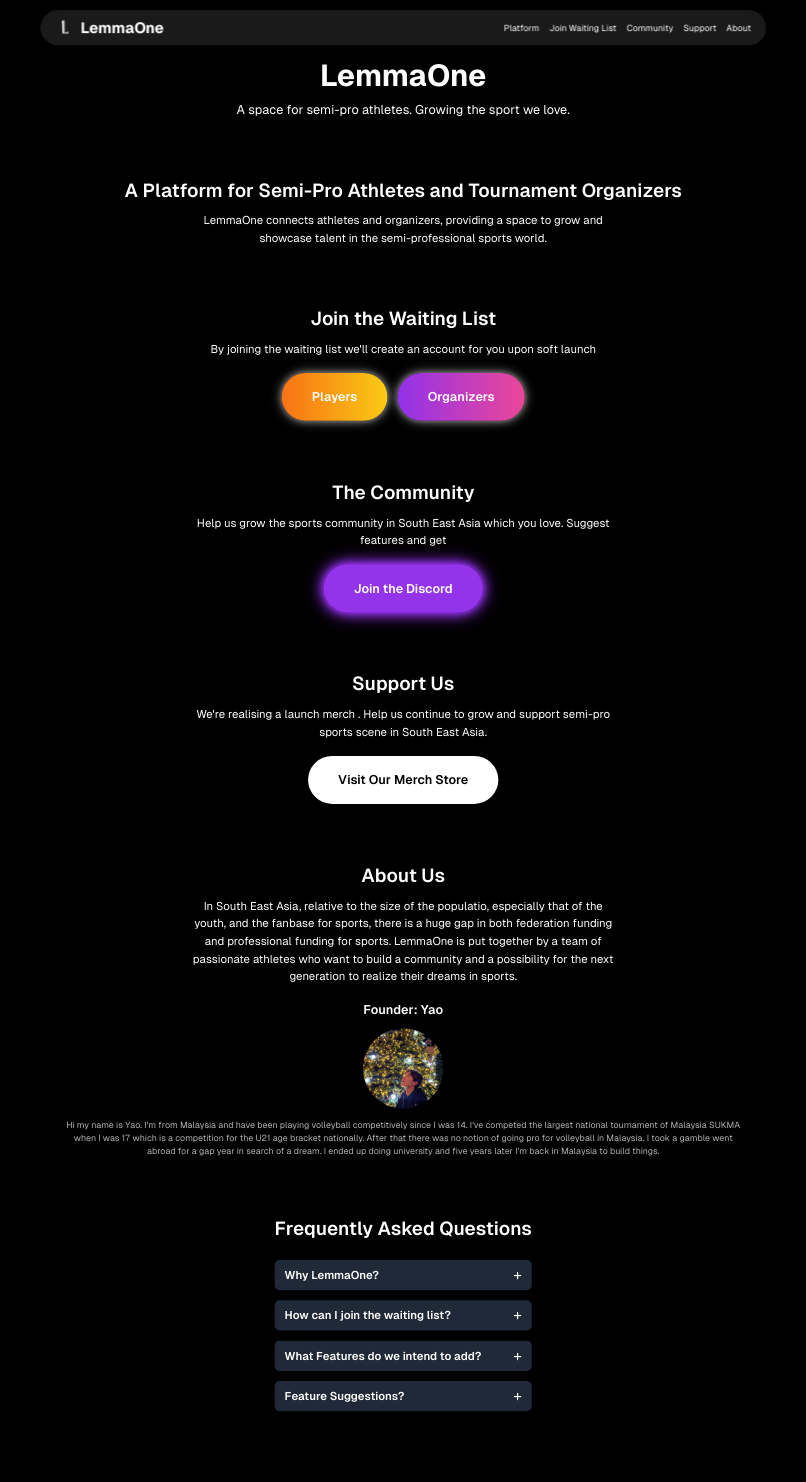
Repository: yao-creative/lemma-one-launch
Page: /
The author's editor kept a copy of each file at every save. The page is drawn from the files as they stood at one save, then again after a run of saves.
The browser window is 1280 px wide. The pictures show the whole page, at 63% of full size.
The project was rebuilt for these pictures with package versions that can differ from the ones it lists, and the page was loaded fresh each time. The framework's server and built-in components were replaced by stand-ins that run in the browser. Also part of the build but not shown: next.config.js, next.config.mjs.

Above is the page before, as saved 2024-09-26 04:20:04.

### app/layout.tsx
import type { Metadata } from "next";
import localFont from "next/font/local";
import "./globals.css";

const geistSans = localFont({
  src: "./fonts/GeistVF.woff",
  variable: "--font-geist-sans",
  weight: "100 900",
});

const geistMono = localFont({
  src: "./fonts/GeistMonoVF.woff",
  variable: "--font-geist-mono",
  weight: "100 900",
});

const nikeFont = localFont({
  src: "./fonts/Futura-Condensed-Extra-Bold.otf",
  variable: "--font-nike",
});

export const metadata: Metadata = {
  title: "LemmaOne",
  description: "A space for semi-pro athletes. Growing the sport we love.",
};

export default function RootLayout({
  children,
}: Readonly<{
  children: React.ReactNode;
}>) {
  return (
    <html lang="en">
      <body
        className={`${geistSans.variable} ${geistMono.variable} ${nikeFont.variable} antialiased`}
      >
        {children}
      </body>
    </html>
  );
}

### app/page.tsx
'use client';

import { useRef, useState } from 'react';
import Image from 'next/image';

export default function Home() {
  const [menuOpen, setMenuOpen] = useState(false);
  const platformRef = useRef<HTMLElement>(null);
  const waitingListRef = useRef<HTMLElement>(null);
  const communityRef = useRef<HTMLElement>(null);
  const supportRef = useRef<HTMLElement>(null);
  const aboutRef = useRef<HTMLElement>(null);
  const faqRef = useRef<HTMLElement>(null);

  const scrollToSection = (ref: React.RefObject<HTMLElement>) => {
    ref.current?.scrollIntoView({ behavior: 'smooth' });
    setMenuOpen(false);
  };

  const [openFAQ, setOpenFAQ] = useState<number | null>(null);

  const toggleFAQ = (index: number) => {
    setOpenFAQ(openFAQ === index ? null : index);
  };

  const faqs = [
    {
      question: "Why LemmaOne?",
      answer: "A Lemma is a term in mathematics for an intermediate result or tool to prove a theorem. We are creating LemmaOne to prove that semi-pro sports is possible in South East Asia."
    },
    {
      question: "How can I join the waiting list?",
      answer: "You can join the waiting list by clicking on either the 'Players' or 'Organizers' button in the 'Join the Waiting List' section. We'll create an account for you upon soft launch."
    },
    {
      question: "What Features do we intend to add?",
      answer: "We're currently building a platform for sports hosting, but would like to grow into an interactive community to help build local tournaments to create a more immersive tournament experience, broaden their reach, and find new monetization methods. This way we can help grow a sustainable semi-pro sports community in South East Asia. "
    },
    {
      question: "Feature Suggestions?",
      answer: "We're always looking for new ideas an feature improvements. Join the Discord to build a community with us."
    }
  ];

  return (
    <div className="min-h-screen bg-black text-white">
      <nav className="fixed top-0 left-0 right-0 z-10">
        <div className="mx-auto max-w-6xl mt-4 px-6 py-3 bg-white/10 backdrop-blur-md rounded-full flex justify-between items-center">
          <div className="flex items-center space-x-2">
            <Image src="/logo192.png" alt="LemmaOne Logo" width={32} height={32} />
            <h1 className="text-2xl font-bold font-nike">LemmaOne</h1>
          </div>
          <div className="hidden md:flex space-x-4 items-center">
            <button onClick={() => scrollToSection(platformRef)} className="text-sm hover:text-gray-300">Platform</button>
            <button onClick={() => scrollToSection(waitingListRef)} className="text-sm hover:text-gray-300">Join Waiting List</button>
            <button onClick={() => scrollToSection(communityRef)} className="text-sm hover:text-gray-300">Community</button>
            <button onClick={() => scrollToSection(supportRef)} className="text-sm hover:text-gray-300">Support</button>
            <button onClick={() => scrollToSection(aboutRef)} className="text-sm hover:text-gray-300">About</button>
          </div>
          <button onClick={() => setMenuOpen(!menuOpen)} className="md:hidden">
            <svg className="w-6 h-6" fill="none" stroke="currentColor" viewBox="0 0 24 24" xmlns="http://www.w3.org/2000/svg">
              <path strokeLinecap="round" strokeLinejoin="round" strokeWidth={2} d="M4 6h16M4 12h16M4 18h16" />
            </svg>
          </button>
        </div>
        {menuOpen && (
          <div className="md:hidden absolute top-full left-0 right-0 bg-black/90 backdrop-blur-md py-4">
            <button onClick={() => scrollToSection(platformRef)} className="block w-full text-left px-6 py-2 hover:bg-white/10">Platform</button>
            <button onClick={() => scrollToSection(waitingListRef)} className="block w-full text-left px-6 py-2 hover:bg-white/10">Join Waiting List</button>
            <button onClick={() => scrollToSection(communityRef)} className="block w-full text-left px-6 py-2 hover:bg-white/10">Community</button>
            <button onClick={() => scrollToSection(supportRef)} className="block w-full text-left px-6 py-2 hover:bg-white/10">Support</button>
            <button onClick={() => scrollToSection(aboutRef)} className="block w-full text-left px-6 py-2 hover:bg-white/10">About</button>
          </div>
        )}
      </nav>

      <main className="flex min-h-screen flex-col items-center justify-between p-24 space-y-24">
        <section className="text-center flex flex-col items-center">
          <h2 className="text-4xl md:text-5xl font-bold font-nike mb-4">LemmaOne</h2>
          <p className="text-lg md:text-xl max-w-2xl">A space for semi-pro athletes. Growing the sport we love.</p>
        </section>

        <section ref={platformRef} className="text-center flex flex-col items-center">
          <h3 className="text-2xl md:text-3xl font-semibold font-nike mb-4">A Platform for Semi-Pro Athletes and Tournament Organizers</h3>
          <p className="text-base md:text-lg max-w-2xl">
            LemmaOne connects athletes and organizers, providing a space to grow and showcase talent in the semi-professional sports world.
          </p>
        </section>

        <section ref={waitingListRef} className="text-center flex flex-col items-center">
          <h3 className="text-2xl md:text-3xl font-semibold font-nike mb-4">Join the Waiting List</h3>
          <p className="text-base md:text-lg mb-6 max-w-2xl">
            By joining the waiting list we'll create an account for you upon soft launch
          </p>
          <div className="flex flex-col md:flex-row justify-center space-y-4 md:space-y-0 md:space-x-4">
            <button className="px-12 py-6 rounded-full text-xl font-semibold text-white bg-gradient-to-r from-orange-500 to-yellow-400 hover:from-orange-600 hover:to-yellow-500 transition-all duration-300 animate-pulse-subtle glow-button">
              Players
            </button>
            <button className="px-12 py-6 rounded-full text-xl font-semibold text-white bg-gradient-to-r from-purple-600 to-pink-500 hover:from-purple-700 hover:to-pink-600 transition-all duration-300 animate-pulse-subtle glow-button">
              Organizers
            </button>
          </div>
        </section>

        <section ref={communityRef} className="text-center flex flex-col items-center">
          <h3 className="text-2xl md:text-3xl font-semibold font-nike mb-4">The Community</h3>
          <p className="text-base md:text-lg mb-6 max-w-2xl">
            Help us grow the sports community in South East Asia which you love. Suggest features and get
          </p>
          <a href="https://discord.gg/QztR7ZPM" className="inline-block px-12 py-6 rounded-full text-xl bg-purple-600 text-white font-semibold hover:bg-purple-700 transition-colors duration-300 neon-button">
            Join the Discord
          </a>
        </section>

        <section ref={supportRef} className="text-center flex flex-col items-center">
          <h3 className="text-2xl md:text-3xl font-semibold font-nike mb-4">Support Us</h3>
          <p className="text-base md:text-lg mb-6 max-w-2xl">
            We're realising a launch merch . Help us continue to grow and support semi-pro sports scene in South East Asia.
          </p>
          <a href="#" className="inline-block px-12 py-6 rounded-full text-xl bg-white text-black font-semibold hover:bg-gray-200 transition-colors duration-300">
            Visit Our Merch Store
          </a>
        </section>

        <section ref={aboutRef} className="text-center flex flex-col items-center">
          <h3 className="text-2xl md:text-3xl font-semibold font-nike mb-4">About Us</h3>
          <p className="text-base md:text-lg max-w-2xl">
          In South East Asia, relative to the size of the populatio, especially that of the youth, and the fanbase for sports, there is a huge gap in both federation funding and professional funding for sports. LemmaOne is put together by a team of passionate athletes who want to build a community and a possibility for the next generation to realize their dreams in sports.
          </p>
          <div className="mt-6">
            <h3 className="text-xl font-semibold mb-4">Founder: Yao</h3>
            <div className="relative w-32 h-32 mx-auto mb-4">
              <Image
                src="/about/profile.jpg"
                alt="Yao - Founder"
                layout="fill"
                objectFit="cover"
                className="rounded-full"
              />
            </div>
            <p className="text-sm opacity-70">
              Hi my name is Yao. I'm from Malaysia and have been playing volleyball competitively since I was 14. I've competed the largest national tournament of Malaysia SUKMA when I was 17 which is a competition for the U21 age bracket nationally. After that there was no notion of going pro for volleyball in Malaysia. I took a gamble went abroad for a gap year in search of a dream. I ended up doing university and five years later I'm back in Malaysia to build things.
            </p>
          </div>
        </section>

        <section ref={faqRef} className="text-center flex flex-col items-center">
          <h3 className="text-2xl md:text-3xl font-semibold font-nike mb-8">Frequently Asked Questions</h3>
          <div className="w-full max-w-2xl">
            {faqs.map((faq, index) => (
              <div key={index} className="mb-4">
                <button
                  className="flex justify-between items-center w-full text-left px-4 py-2 bg-gray-800 hover:bg-gray-700 transition-colors duration-300 rounded-lg"
                  onClick={() => toggleFAQ(index)}
                >
                  <span className="text-lg font-semibold">{faq.question}</span>
                  <span className="text-2xl">{openFAQ === index ? '−' : '+'}</span>
                </button>
                {openFAQ === index && (
                  <div className="mt-2 px-4 py-2 bg-gray-900 rounded-lg">
                    <p className="text-base">{faq.answer}</p>
                  </div>
                )}
              </div>
            ))}
          </div>
        </section>
      </main>
    </div>
  );
}

### app/globals.css
@tailwind base;
@tailwind components;
@tailwind utilities;

:root {
  --background: #000000;
  --foreground: #ffffff;
}

@media (prefers-color-scheme: dark) {
  :root {
    --background: #0a0a0a;
    --foreground: #ededed;
  }
}

body {
  color: var(--foreground);
  background: var(--background);
  font-family: var(--font-geist-sans), Arial, sans-serif;
}

@layer utilities {
  .text-balance {
    text-wrap: balance;
  }
}

@keyframes pulse-subtle {
  0%, 100% {
    opacity: 1;
  }
  50% {
    opacity: 0.8;
  }
}

.animate-pulse-subtle {
  animation: pulse-subtle 2s cubic-bezier(0.4, 0, 0.6, 1) infinite;
}

.glow-button {
  box-shadow: 0 0 10px rgba(255, 255, 255, 0.5), 0 0 20px rgba(255, 255, 255, 0.3), 0 0 30px rgba(255, 255, 255, 0.1);
  transition: all 0.3s ease;
}

.glow-button:hover {
  box-shadow: 0 0 15px rgba(255, 255, 255, 0.7), 0 0 25px rgba(255, 255, 255, 0.5), 0 0 35px rgba(255, 255, 255, 0.3);
}

.neon-button {
  box-shadow: 0 0 10px #9333ea, 0 0 20px #9333ea, 0 0 30px #9333ea;
  animation: neon-glow 1.5s ease-in-out infinite alternate;
}

@keyframes neon-glow {
  from {
    box-shadow: 0 0 10px #9333ea, 0 0 20px #9333ea, 0 0 30px #9333ea;
  }
  to {
    box-shadow: 0 0 20px #9333ea, 0 0 30px #9333ea, 0 0 40px #9333ea;
  }
}

@keyframes pulse {
  0%, 100% {
    opacity: 1;
  }
  50% {
    opacity: 0.5;
  }
}

.animate-pulse {
  animation: pulse 2s cubic-bezier(0.4, 0, 0.6, 1) infinite;
}

Loaded but not shown: tailwind.config.ts (common file)

After the next 19 saves:
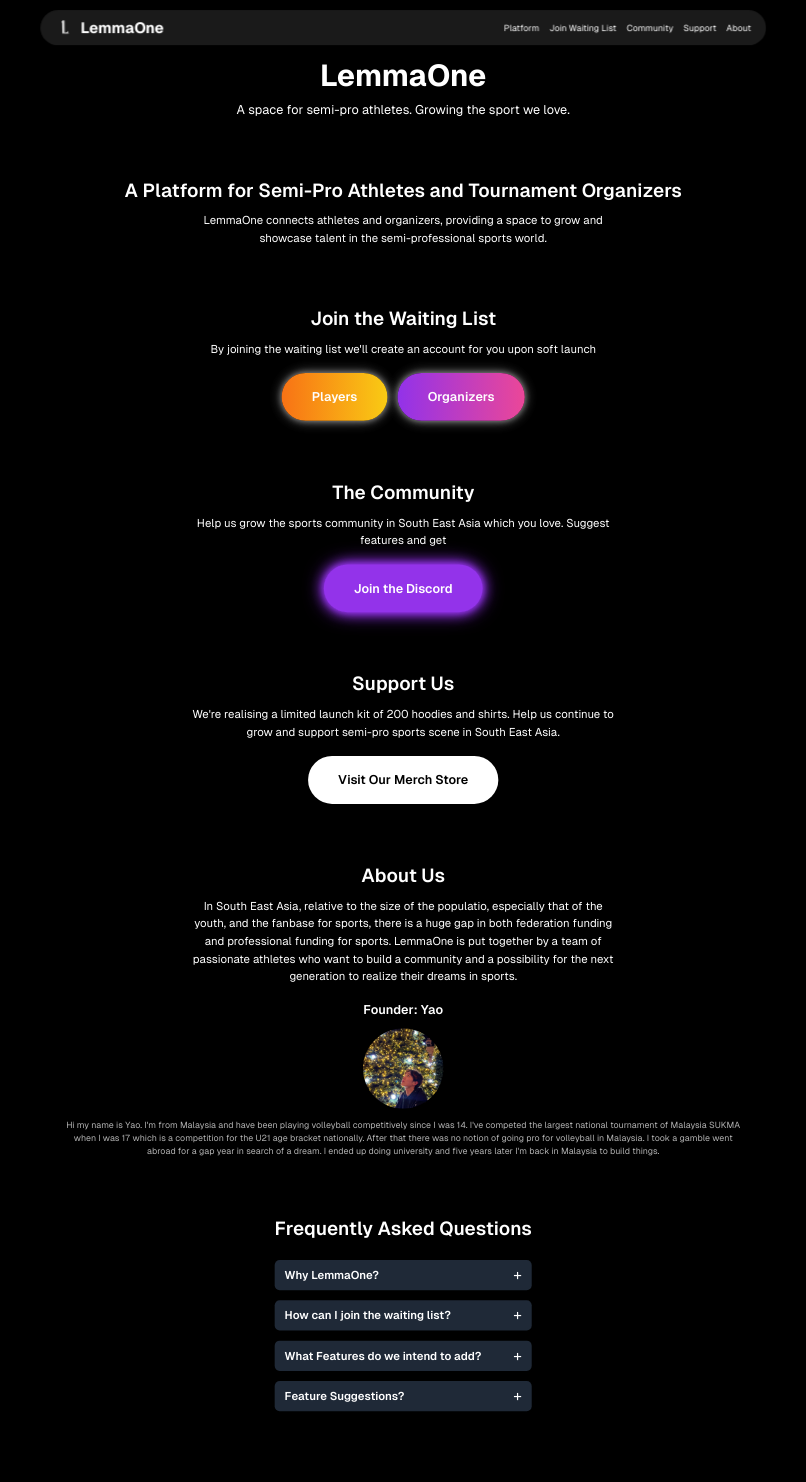
The 19 saves are shown as one change because they came seconds apart.
The last was saved 29 s later.
--- a/app/page.tsx
+++ b/app/page.tsx
@@ -115,7 +115,7 @@
         <section ref={supportRef} className="text-center flex flex-col items-center">
           <h3 className="text-2xl md:text-3xl font-semibold font-nike mb-4">Support Us</h3>
           <p className="text-base md:text-lg mb-6 max-w-2xl">
-            We're realising a launch merch . Help us continue to grow and support semi-pro sports scene in South East Asia.
+            We're realising a limited launch kit of 200 hoodies and shirts. Help us continue to grow and support semi-pro sports scene in South East Asia.
           </p>
           <a href="#" className="inline-block px-12 py-6 rounded-full text-xl bg-white text-black font-semibold hover:bg-gray-200 transition-colors duration-300">
             Visit Our Merch Store
